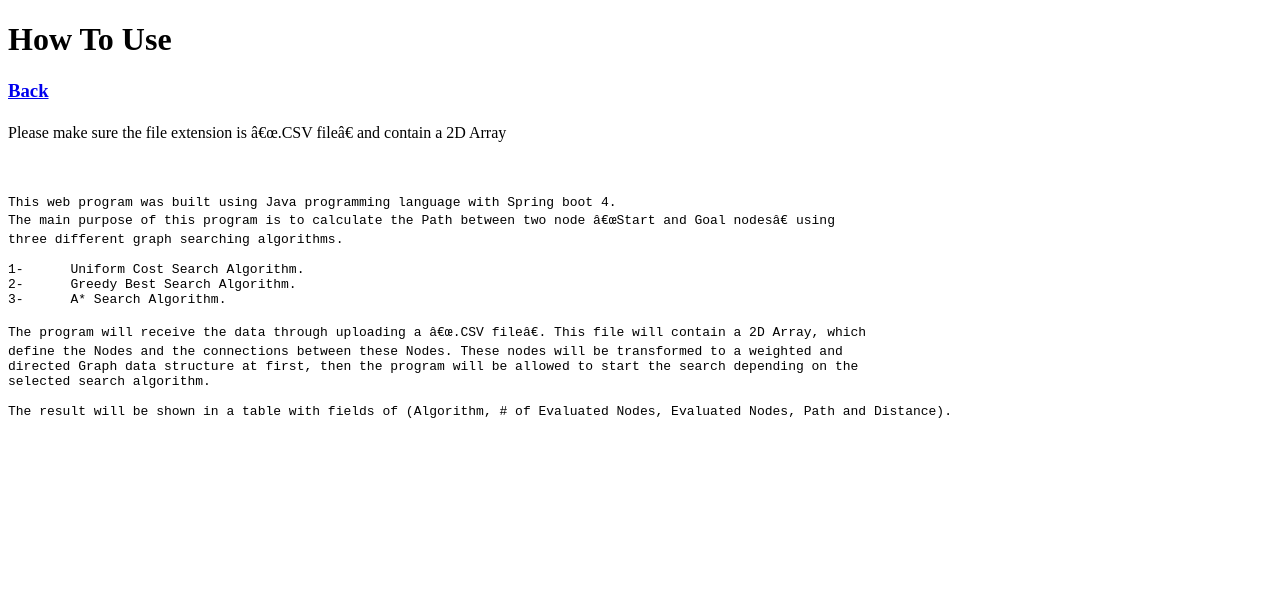
Repository: Anbousi/ITG-Task
Page: http://localhost/graphsearch/use.jsp
An editor plug-in stored every save of this project. The page is shown before and after the next save, followed by the edit.
The browser window is 1280 px wide. The pictures show the whole page.
The page is served by Tomcat 9. Other server files are loaded and not shown.

Above is the page before, as saved 2021-12-31 12:20:43.

### ITG/graphsearch/src/main/webapp/use.jsp
<%@ page language="java" contentType="text/html; charset=ISO-8859-1"
    pageEncoding="ISO-8859-1"%>
<!DOCTYPE html>
<html>
<head>
<meta charset="ISO-8859-1">
<title>Insert title here</title>
</head>
<body>
<div>
<h1>How To Use</h1>
<h3><a href="/">Back</a></h3>
<p>Please make sure the file extension is “.CSV file” and contain a 2D Array</p>
<br>
<pre>This web program was built using Java programming language with Spring boot 4.
The main purpose of this program is to calculate the Path between two node “Start and Goal nodes” using
three different graph searching algorithms.

1-	Uniform Cost Search Algorithm.
2-	Greedy Best Search Algorithm.
3-	A* Search Algorithm.

The program will receive the data through uploading a “.CSV file”. This file will contain a 2D Array, which
define the Nodes and the connections between these Nodes. These nodes will be transformed to a weighted and
directed Graph data structure at first, then the program will be allowed to start the search depending on the
selected search algorithm.

The result will be shown in a table with fields of (Algorithm, # of Evaluated Nodes, Evaluated Nodes, Path and Distance).
 </pre>
</div>
</body>
</html>

After the next save:
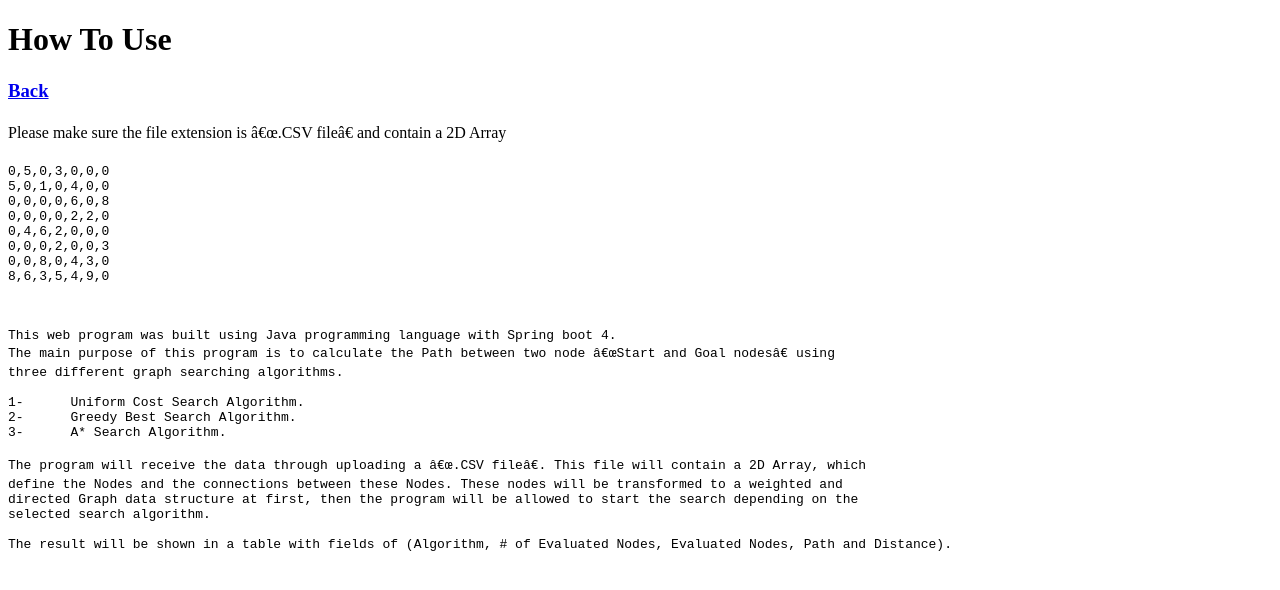
Saved 40 s later.
--- a/ITG/graphsearch/src/main/webapp/use.jsp
+++ b/ITG/graphsearch/src/main/webapp/use.jsp
@@ -11,6 +11,16 @@
 <h1>How To Use</h1>
 <h3><a href="/">Back</a></h3>
 <p>Please make sure the file extension is “.CSV file” and contain a 2D Array</p>
+<pre>
+0,5,0,3,0,0,0
+5,0,1,0,4,0,0
+0,0,0,0,6,0,8
+0,0,0,0,2,2,0
+0,4,6,2,0,0,0
+0,0,0,2,0,0,3
+0,0,8,0,4,3,0
+8,6,3,5,4,9,0
+</pre>
 <br>
 <pre>This web program was built using Java programming language with Spring boot 4.
 The main purpose of this program is to calculate the Path between two node “Start and Goal nodes” using
